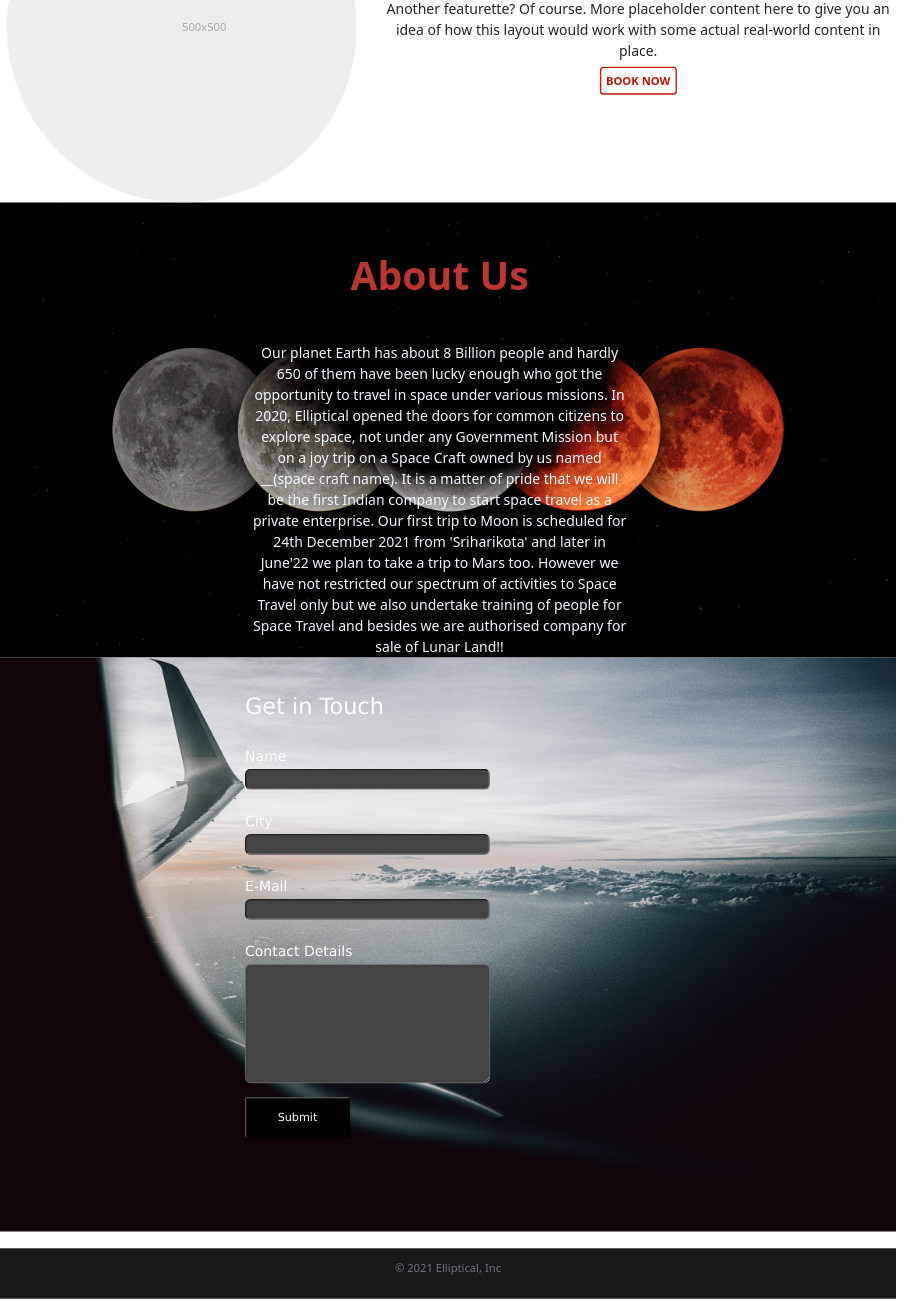
Repository: sarthakkathpalia/elliptical
Page: html/home.html
The author's editor kept a copy of each file at every save. The page is drawn from the files as they stood at one save, then again after the next save.
The browser window is 1280 px wide. The page is 1292 px wide, so the pictures cover 1292 px, including what lies to the right of the window. The pictures show the part of the page from y = 2455 to 4335 px (the page is 4335 px tall), at 70% of full size.
Some web libraries are served in a nearby version.

Above is the page before, as saved 2021-10-30 20:49:31.
Console error: ReferenceError: emailjs is not defined

After the next save:
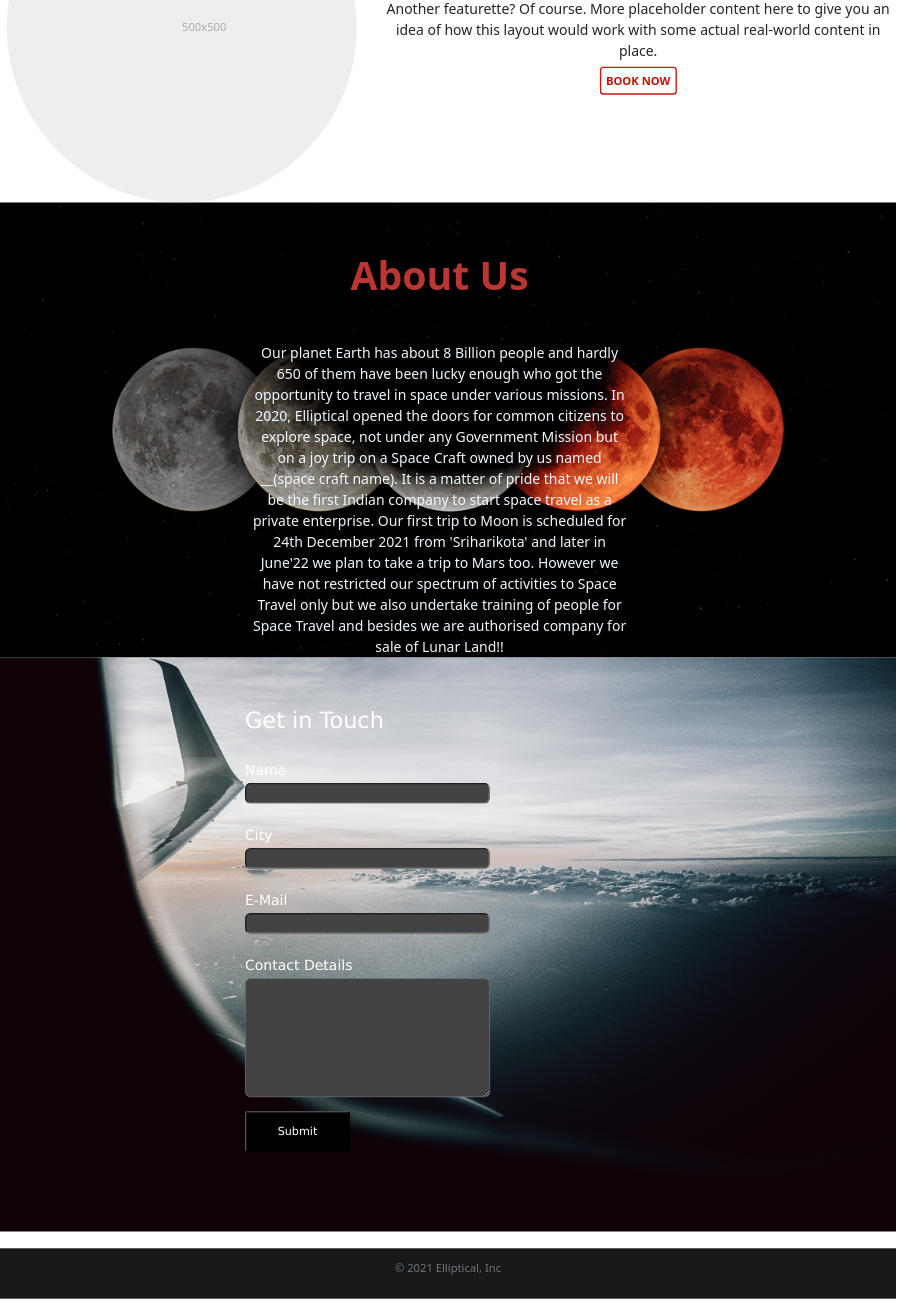
Saved 10 s later.
--- a/Css/home.css
+++ b/Css/home.css
@@ -172,7 +172,7 @@ section {
         font-family:'Lucida Sans', 'Lucida Sans Regular', 'Lucida Grande', 'Lucida Sans Unicode', Geneva, Verdana, sans-serif;
         /* background: url('215c7fdca6033092baa04b35c17466bd.gif') no-repeat ;
         background-size: cover; */
-        padding-top: 50px;
+        padding-top: 70px;
         padding-left: 350px;
         background-image:url("/Images/contact.jpg");
         background-size: cover;
